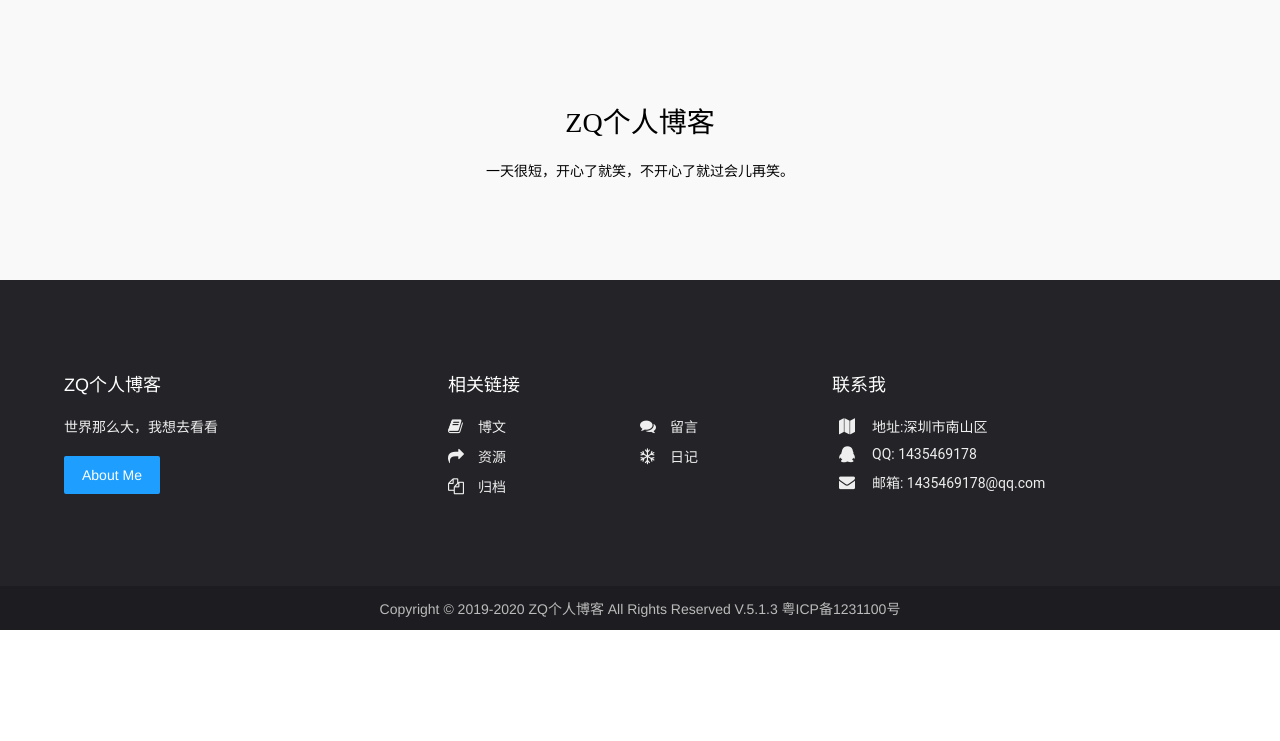
Repository: fengfi9/blog
Page: index.html
An editor plug-in stored every save of this project. The page is shown before and after the next save, followed by the edit.
The browser window is 1280 px wide. The pictures show the part of the page from y = 1837 to 2578 px (the page is 2578 px tall).
Backgrounds fixed to the window are drawn as part of the page.

Above is the page before, as saved 2020-10-21 10:52:39.

After the next save:
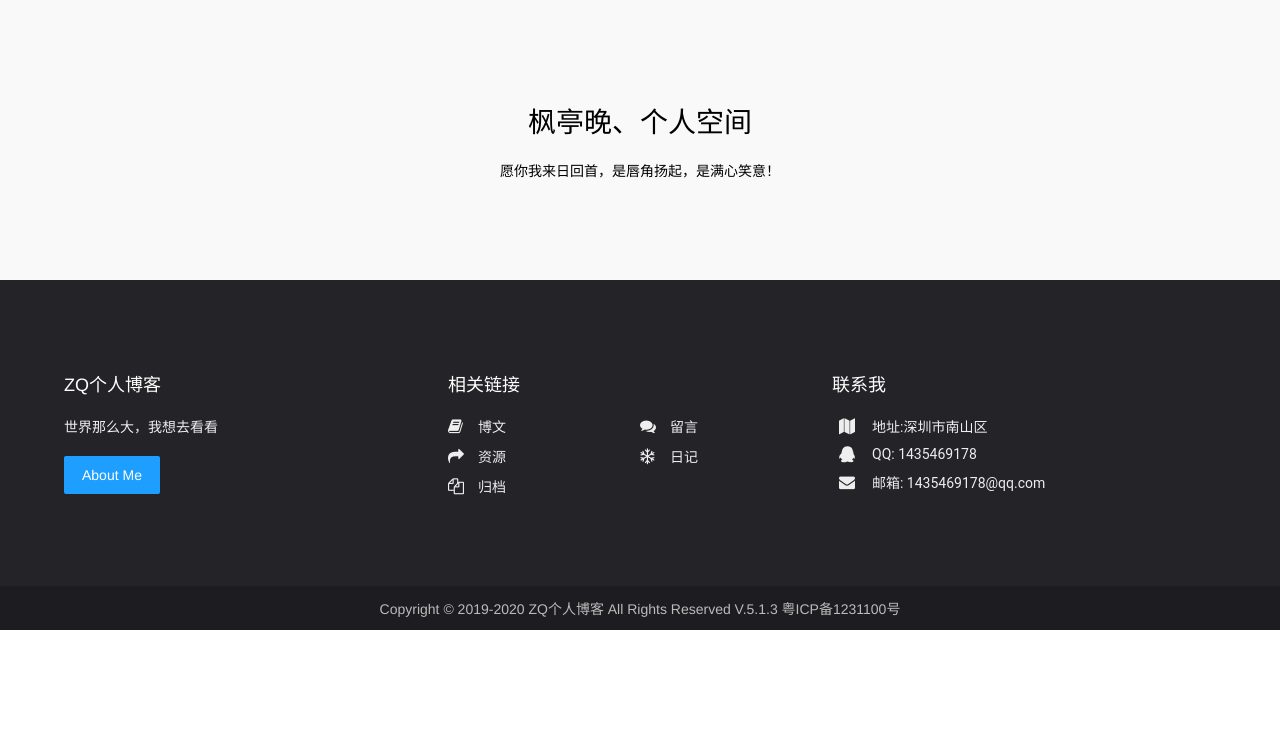
Saved 2 min 19 s later.
--- a/index.html
+++ b/index.html
@@ -158,9 +158,9 @@
                 <div class="warp-box">
                     <div class="about">
                         <div class="inner">
-                            <h1 class="wow fadeInLeft">ZQ个人博客</h1>
+                            <h1 class="wow fadeInLeft">枫亭晚、个人空间</h1>
                             <p class="wow fadeInRight">
-                                一天很短，开心了就笑，不开心了就过会儿再笑。
+                                愿你我来日回首，是唇角扬起，是满心笑意！
                             </p>
                         </div>
                     </div>
